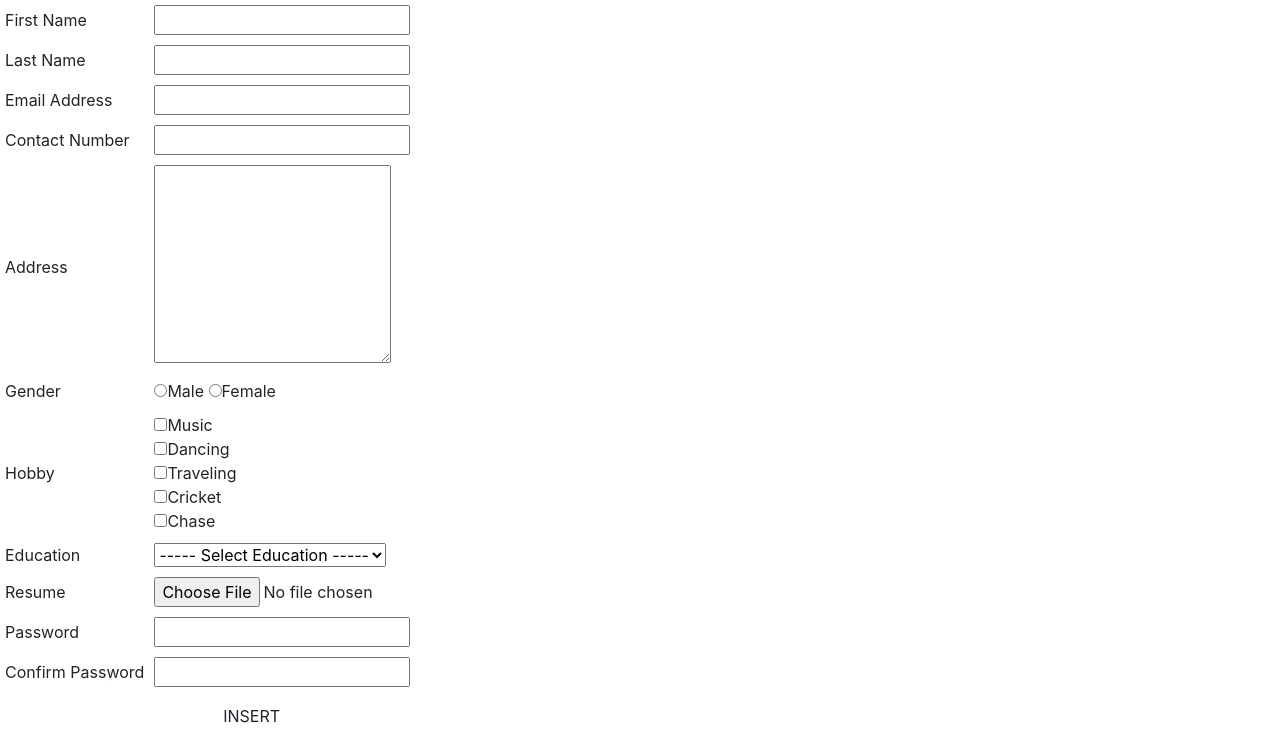
Repository: dhiren1618/OCT-JAVA-2023
Page: http://localhost/AdvancedJava/bootstrap.jsp
The author's editor kept a copy of each file at every save. The page is drawn from the files as they stood at one save, then again after the next save.
The browser window is 1280 px wide. The pictures show the whole page.
The page is served by Tomcat 9. Other server files are loaded and not shown.

Above is the page before, as saved 2024-06-15 10:45:42.

### AdvancedJava/src/main/webapp/bootstrap.jsp
<%@ page language="java" contentType="text/html; charset=UTF-8"
	pageEncoding="UTF-8"%>
<!DOCTYPE html>
<html>
<head>
<meta charset="UTF-8">
<title>Advance Java Tutorial</title>
<link rel="stylesheet" href="https://cdn.jsdelivr.net/npm/bootstrap@4.3.1/dist/css/bootstrap.min.css" integrity="sha384-ggOyR0iXCbMQv3Xipma34MD+dH/1fQ784/j6cY/iJTQUOhcWr7x9JvoRxT2MZw1T" crossorigin="anonymous">
<script src="https://code.jquery.com/jquery-3.3.1.slim.min.js" integrity="sha384-q8i/X+965DzO0rT7abK41JStQIAqVgRVzpbzo5smXKp4YfRvH+8abtTE1Pi6jizo" crossorigin="anonymous"></script>
<script src="https://cdn.jsdelivr.net/npm/popper.js@1.14.7/dist/umd/popper.min.js" integrity="sha384-UO2eT0CpHqdSJQ6hJty5KVphtPhzWj9WO1clHTMGa3JDZwrnQq4sF86dIHNDz0W1" crossorigin="anonymous"></script>
<script src="https://cdn.jsdelivr.net/npm/bootstrap@4.3.1/dist/js/bootstrap.min.js" integrity="sha384-JjSmVgyd0p3pXB1rRibZUAYoIIy6OrQ6VrjIEaFf/nJGzIxFDsf4x0xIM+B07jRM" crossorigin="anonymous"></script>


</head>

<body>

	<div class="fluid-container">
	<form action="" method="post" name="insert">

		<table cellspacing="5px" cellpadding="5px">

			<tr>
				<td>First Name</td>
				<td><input id="fname" type="text" name="fname" onblur="validateFirstName();"></td>
				<td><span id="error_fname" style="color: red;"></span></td>
			</tr>

			<tr>
				<td>Last Name</td>
				<td><input type="text" name="lname"></td>
			</tr>

			<tr>
				<td>Email Address</td>
				<td><input type="email" name="email" id="email" onblur="validateEmail();"></td>
				<td><span id="error_email" style="color: red;"></span></td>
			</tr>

			<tr>
				<td>Contact Number</td>
				<td><input type="text" name="contact" id="contact" onblur="validateContact();"></td>
				<td><span id="error_contact" style="color: red;"></span></td>
			</tr>

			<tr>
				<td>Address</td>
				<td><textarea cols="21" rows="8" name="address"></textarea></td>
			</tr>

			<tr>
				<td>Gender</td>
				<td><input type="radio" name="gender" value="male">Male
					<input type="radio" name="gender" value="female">Female</td>
			</tr>

			<tr>
				<td>Hobby</td>
				<td><input type="checkbox" name="hobby" value="music">Music<br>
					<input type="checkbox" name="hobby" value="dancing">Dancing<br>
					<input type="checkbox" name="hobby" value="traveling">Traveling<br>
					<input type="checkbox" name="hobby" value="cricket">Cricket<br>
					<input type="checkbox" name="hobby" value="chess">Chase<br>
				</td>
			</tr>

			<tr>
				<td>Education</td>
				<td><select name="education">
						<option>----- Select Education -----</option>
						<option value="10th">10th</option>
						<option value="12th">12th</option>
						<option value="BCA">BCA</option>
						<option value="MCA">MCA</option>
						<option value="BE">BE</option>
						<option value="ME">ME</option>
						<option value="other">Others</option>
				</select></td>
			</tr>

			<tr>
				<td>Resume</td>
				<td><input type="file" name="resume"></td>
			</tr>

			<tr>
				<td>Password</td>
				<td><input type="password" name="password"></td>
			</tr>

			<tr>
				<td>Confirm Password</td>
				<td><input type="password" name="cpassword"></td>
			</tr>

			<tr>
				<td colspan="2" align="center"><input type="submit"
					value="INSERT" class="btn bt-primary"></td>
			</tr>

		</table>

	</form>
</div>
</body>



</html>

After the next save:
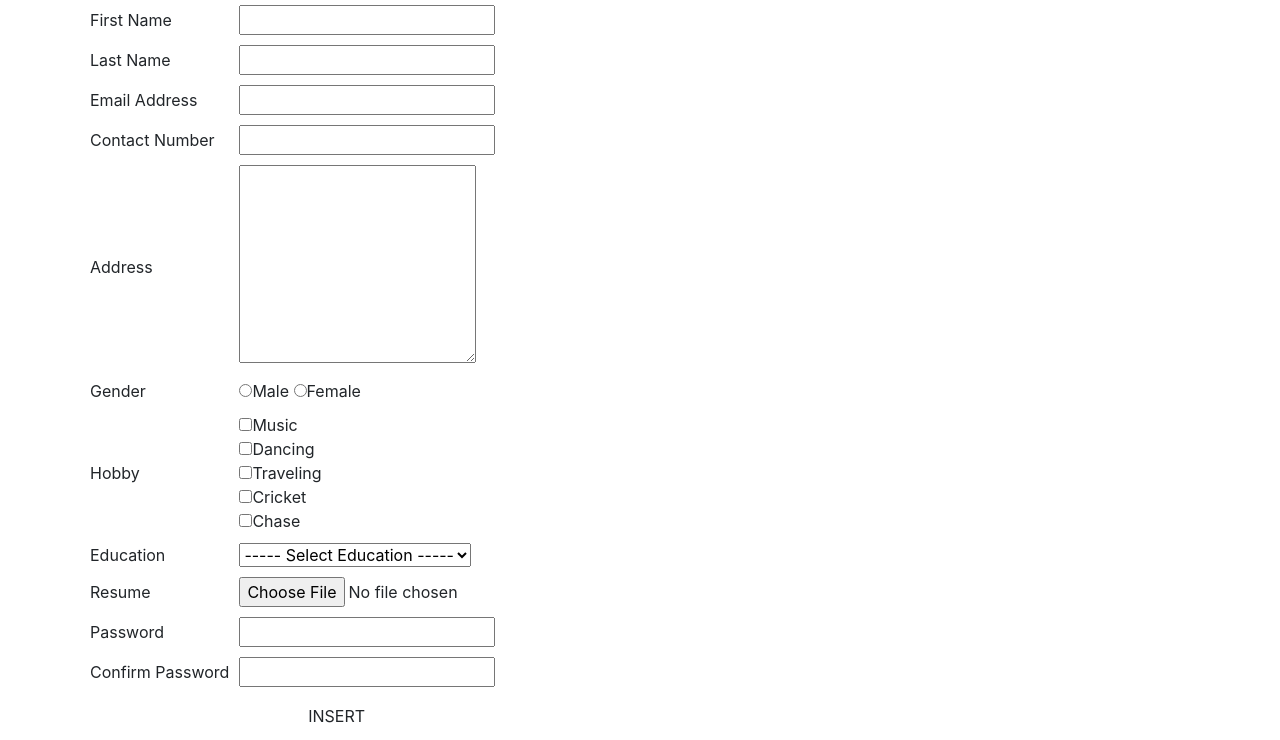
Saved 9 s later.
--- a/AdvancedJava/src/main/webapp/bootstrap.jsp
+++ b/AdvancedJava/src/main/webapp/bootstrap.jsp
@@ -15,7 +15,7 @@
 
 <body>
 
-	<div class="fluid-container">
+	<div class="container">
 	<form action="" method="post" name="insert">
 
 		<table cellspacing="5px" cellpadding="5px">
